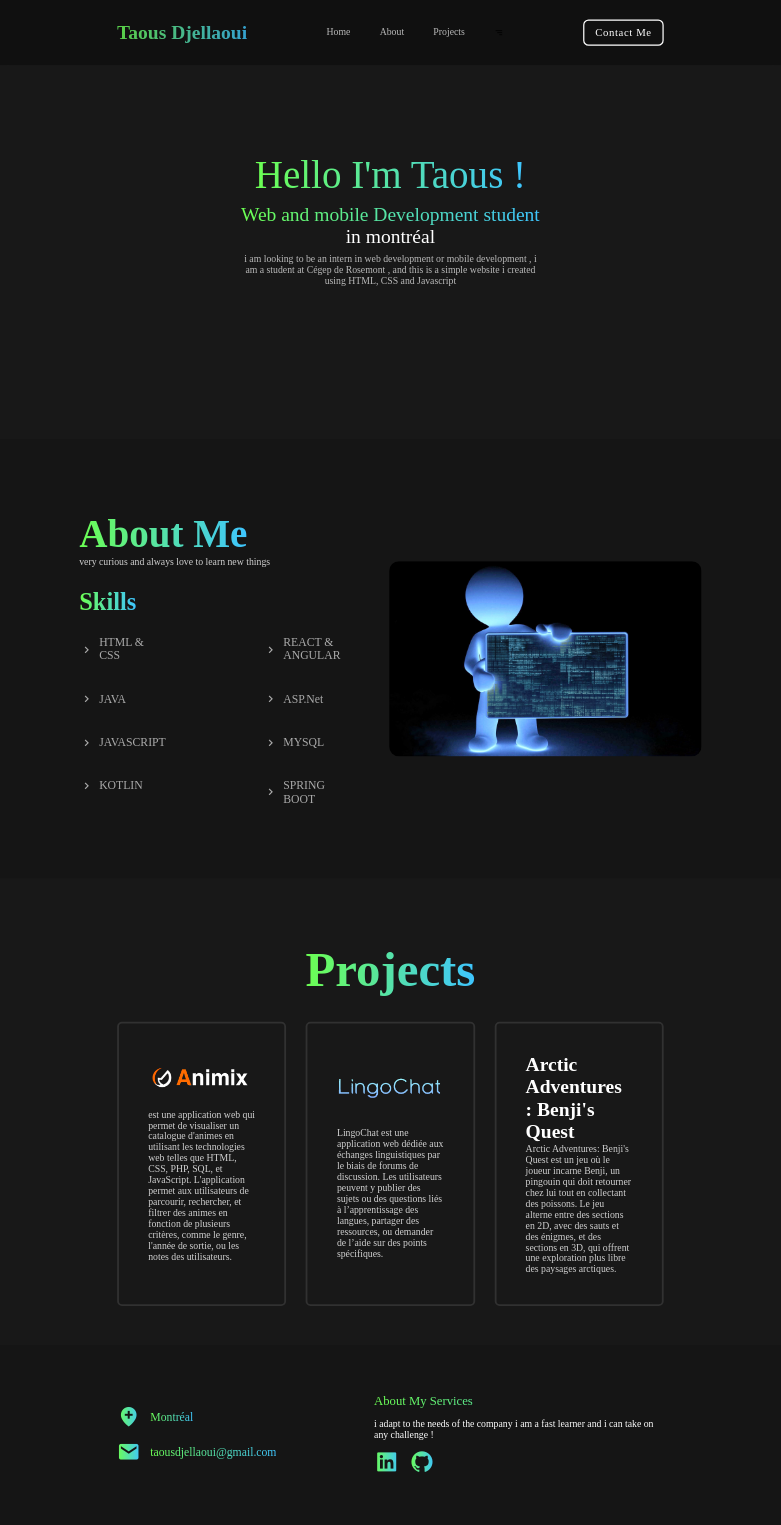
Repository: taousdjellaoui/portfolio-
Page: index.html
An editor plug-in stored every save of this project. The page is shown before and after the next save, followed by the edit.
The browser window is 1280 px wide. The pictures show the whole page, at 61% of full size.

Above is the page before, as saved 2024-10-09 20:56:09.

After the next save:
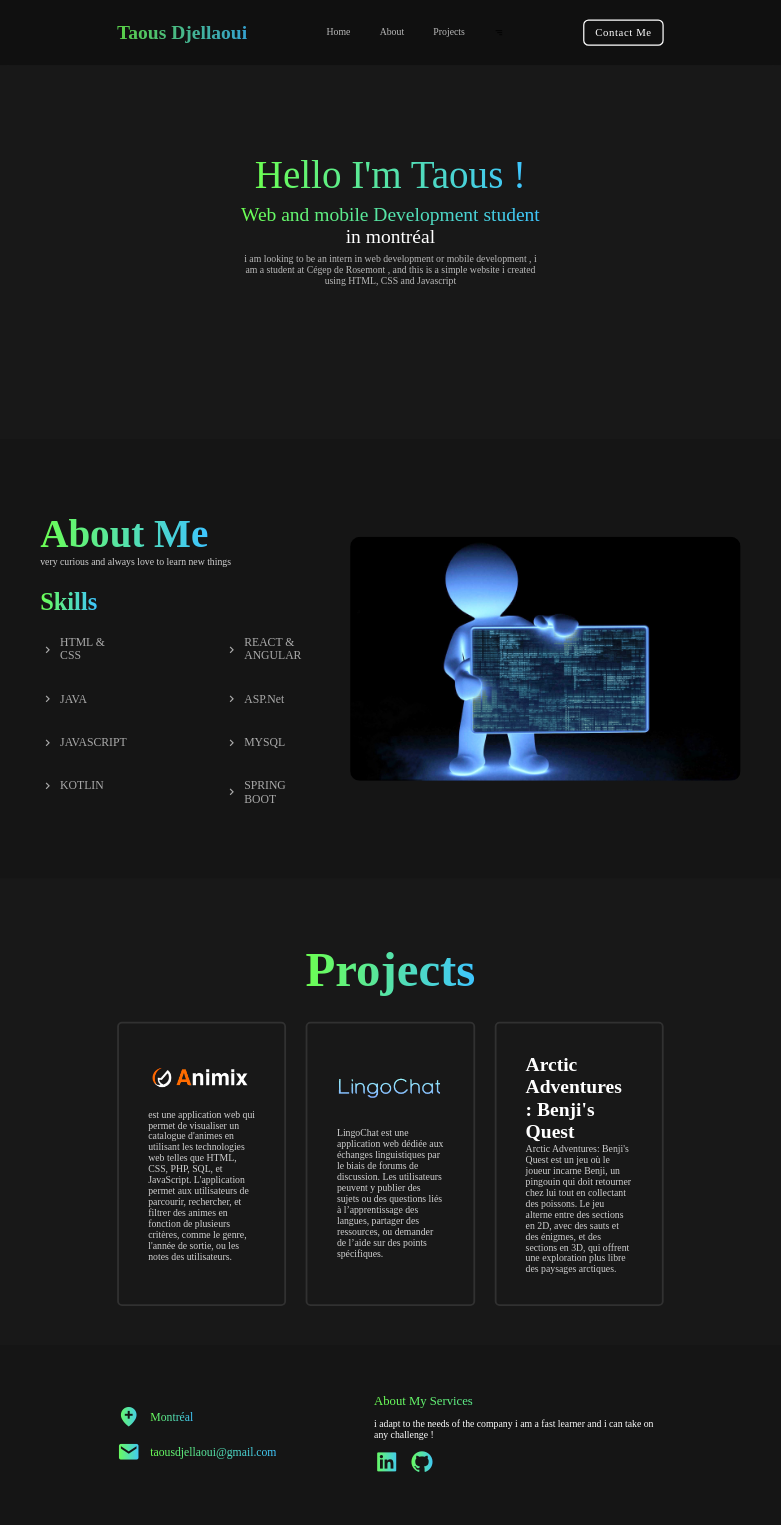
Saved 10 s later.
--- a/css/style.css
+++ b/css/style.css
@@ -148,7 +148,7 @@
 
 }
 #about img{
-  width: 40vw;
+  width: 50vw;
   border-radius:1em;
 
 }
